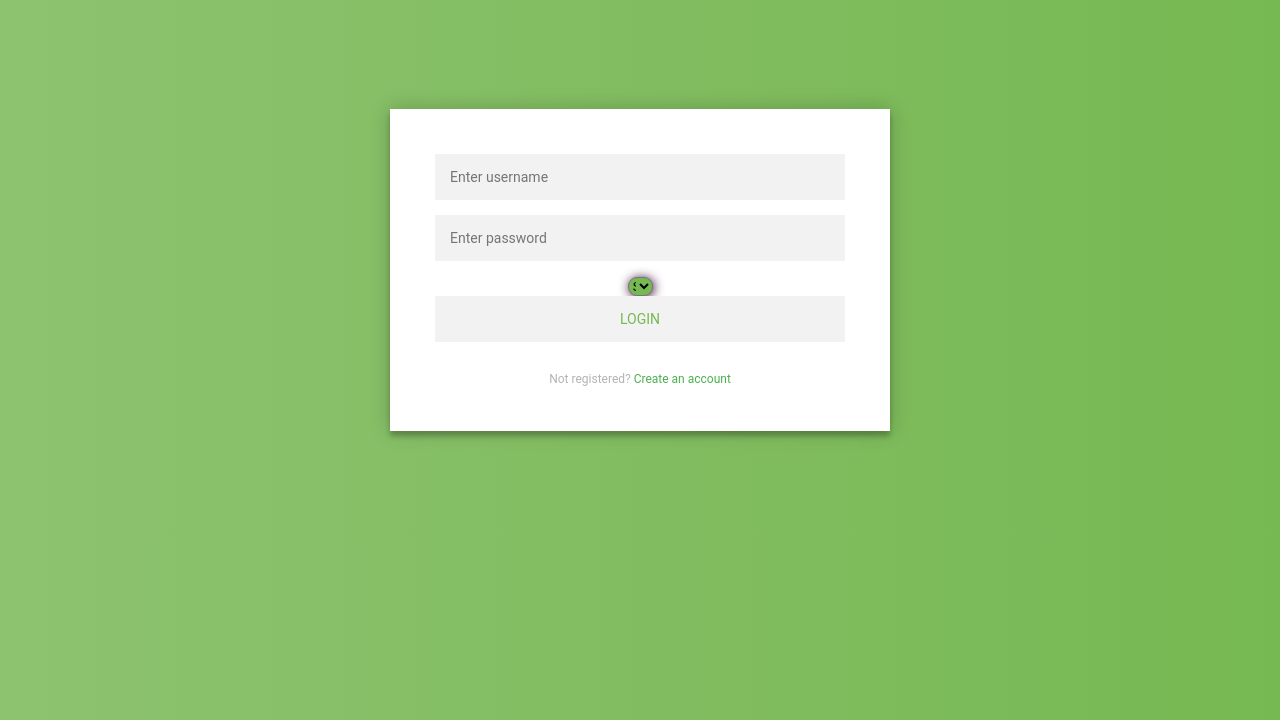
Repository: satishkumarms/WorkSpace
Page: MyWebDemos/WebContent/LoginPage.html
An editor plug-in stored every save of this project. The page is shown before and after the next save, followed by the edit.
The browser window is 1280 px wide. The pictures show the whole page.
Pictures or frames that could not be fetched are drawn as grey boxes.

Above is the page before, as saved 2018-07-18 06:54:28.

After the next save:
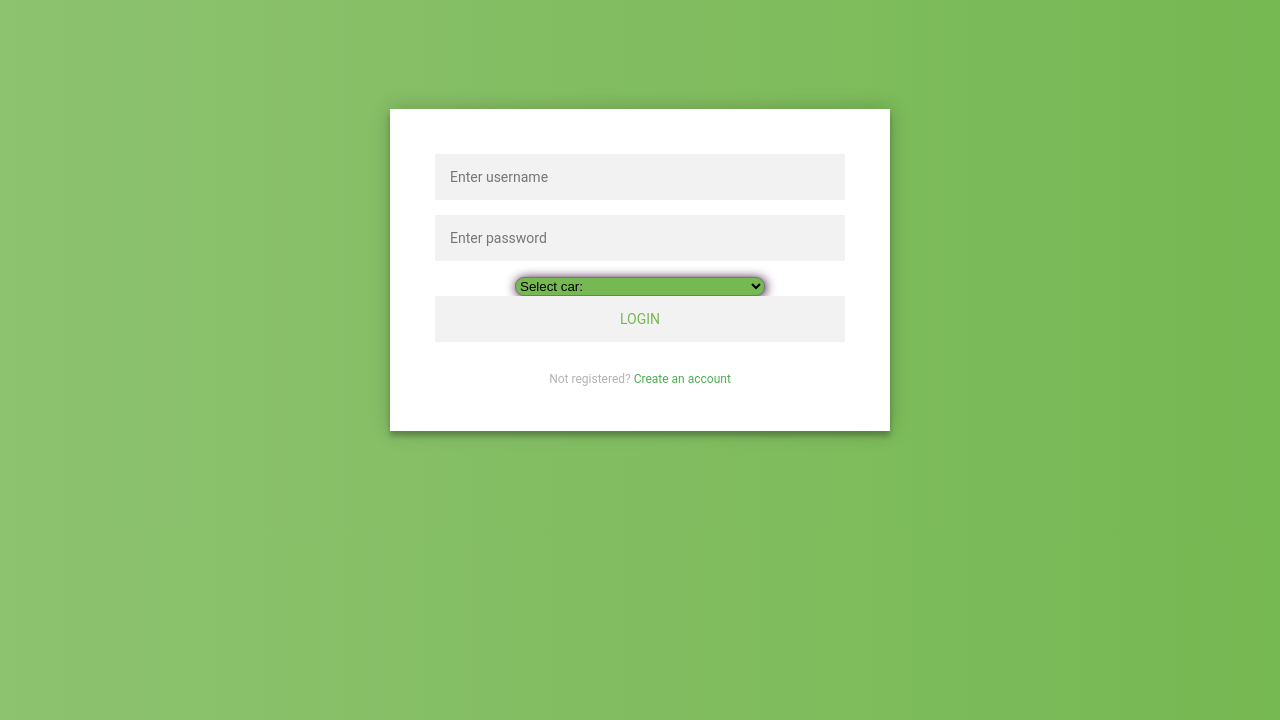
Saved 10 s later.
--- a/MyWebDemos/WebContent/LoginPage.html
+++ b/MyWebDemos/WebContent/LoginPage.html
@@ -109,7 +109,7 @@ body {
 select {
 
 overflow:hidden;
-   width:25px;
+   width:250px;
    -moz-border-radius: 9px 9px 9px 9px;
    -webkit-border-radius: 9px 9px 9px 9px;
    border-radius: 9px 9px 9px 9px;
